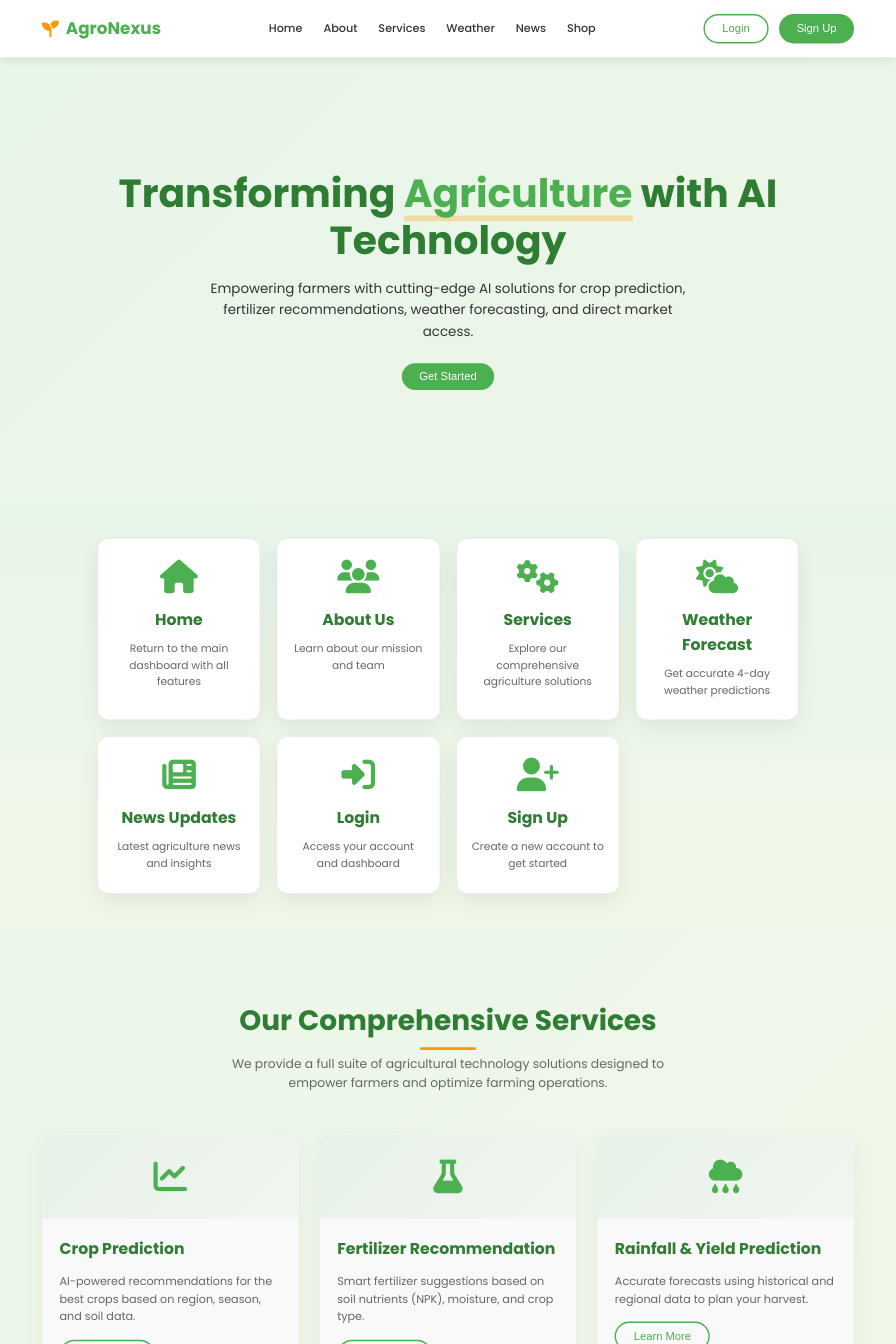
Repository: Sanika-ce/AgroNexus
Page: home.html
An editor plug-in stored every save of this project. The page is shown before and after the next save, followed by the edit.
The browser window is 1280 px wide. The pictures show the part of the page from y = 0 to 1920 px (the page is 2516 px tall before and 3024 px after), at 70% of full size.

Above is the page before, as saved 2025-08-02 14:14:14.

### home.html
<!DOCTYPE html>
<html lang="en">
<head>
    <meta charset="UTF-8">
    <meta name="viewport" content="width=device-width, initial-scale=1.0">
    <title>AgroTech - Modern Agriculture Solutions</title>
    <link rel="stylesheet" href="https://cdnjs.cloudflare.com/ajax/libs/font-awesome/6.4.0/css/all.min.css">
    <link href="https://fonts.googleapis.com/css2?family=Poppins:wght@300;400;500;600;700&family=Roboto+Slab:wght@400;600&display=swap" rel="stylesheet">
    <link rel="stylesheet" href="home.css">
</head>
<body>

    <!-- Header & Navigation -->
    <header>
        <div class="container">

            <nav>
                <div class="logo">

                    <i class="fas fa-seedling"></i>
                    <span>AgroNexus</span>
                </div>
                <ul class="nav-links">
                    <li><a href="#">Home</a></li>
                    <li><a href="#">About</a></li>
                    <li><a href="#">Services</a></li>
                    <li><a href="#">Weather</a></li>
                    <li><a href="#">News</a></li>
                    <li><a href="#">Shop</a></li>
                </ul>
                <div class="auth-buttons">
                    <button class="btn btn-outline" onclick="openLogin()">Login</button>
                    <button class="btn btn-primary" onclick="openSignup()">Sign Up</button>
                </div>
                <div class="mobile-toggle">
                    <i class="fas fa-bars"></i>
                </div>
            </nav>
        </div>
    </header>

    <!-- Hero Section -->
    <section class="hero">
        <div class="container">
            <div class="hero-content">
                <h1>Transforming <span>Agriculture</span> with AI Technology</h1>
                <p>Empowering farmers with cutting-edge AI solutions for crop prediction, fertilizer recommendations, weather forecasting, and direct market access.</p>
                <button class="btn btn-primary">Get Started</button>
            </div>
        </div>
    </section>

    <!-- Quick Links Section -->
    <section class="quick-links">
        <div class="container">
            <div class="links-grid">
                <!-- Home -->
                <div class="link-block">
                    <i class="fas fa-home"></i>
                    <h3>Home</h3>
                    <p>Return to the main dashboard with all features</p>
                </div>

                <!-- About Us -->
                <div class="link-block">
                    <i class="fas fa-users"></i>
                    <h3>About Us</h3>
                    <p>Learn about our mission and team</p>
                </div>

                <!-- Services -->
                <div class="link-block">
                    <i class="fas fa-cogs"></i>
                    <h3>Services</h3>
                    <p>Explore our comprehensive agriculture solutions</p>
                </div>

                <!-- Weather Forecast -->
                <div class="link-block">
                    <i class="fas fa-cloud-sun"></i>
                    <h3>Weather Forecast</h3>
                    <p>Get accurate 4-day weather predictions</p>
                </div>

                <!-- News Updates -->
                <div class="link-block">
                    <i class="fas fa-newspaper"></i>
                    <h3>News Updates</h3>
                    <p>Latest agriculture news and insights</p>
                </div>

                <!-- Login -->
                <div class="link-block" onclick="openLogin()">
                    <i class="fas fa-sign-in-alt"></i>
                    <h3>Login</h3>
                    <p>Access your account and dashboard</p>
                </div>

                <!-- Signup -->
                <div class="link-block" onclick="openSignup()">
                    <i class="fas fa-user-plus"></i>
                    <h3>Sign Up</h3>
                    <p>Create a new account to get started</p>
                </div>
            </div>
        </div>
    </section>

    <!-- Services Section -->
    <section class="section">
        <div class="container">
            <div class="section-title">
                <h2>Our Comprehensive Services</h2>
                <p>We provide a full suite of agricultural technology solutions designed to empower farmers and optimize farming operations.</p>
            </div>
            <div class="services-grid">
                <!-- Crop Prediction -->
                <div class="service-card">
                    <div class="service-icon">
                        <i class="fas fa-chart-line"></i>
                    </div>
                    <div class="service-content">
                        <h3>Crop Prediction</h3>
                        <p>AI-powered recommendations for the best crops based on region, season, and soil data.</p>
                        <button class="btn btn-outline">Learn More</button>
                    </div>
                </div>

                <!-- Fertilizer Recommendation -->
                <div class="service-card">
                    <div class="service-icon">
                        <i class="fas fa-flask"></i>
                    </div>
                    <div class="service-content">
                        <h3>Fertilizer Recommendation</h3>
                        <p>Smart fertilizer suggestions based on soil nutrients (NPK), moisture, and crop type.</p>
                        <button class="btn btn-outline">Learn More</button>
                    </div>
                </div>

                <!-- Rainfall & Yield Prediction -->
                <div class="service-card">
                    <div class="service-icon">
                        <i class="fas fa-cloud-rain"></i>
                    </div>
                    <div class="service-content">
                        <h3>Rainfall & Yield Prediction</h3>
                        <p>Accurate forecasts using historical and regional data to plan your harvest.</p>
                        <button class="btn btn-outline">Learn More</button>
                    </div>
                </div>
            </div>
        </div>
    </section>

    <!-- Footer -->
    <footer>
        <div class="container">
            <div class="footer-content">
                <div class="footer-column">
                    <div class="logo">
                        <i class="fas fa-seedling"></i>
                        <span>AgroNexus</span>
                    </div>
                    <p>Transforming agriculture through technology and innovation to empower farmers worldwide.</p>
                    <div class="social-icons">
                        <a href="#"><i class="fab fa-facebook-f"></i></a>
                        <a href="#"><i class="fab fa-twitter"></i></a>
                        <a href="#"><i class="fab fa-instagram"></i></a>
                        <a href="#"><i class="fab fa-linkedin-in"></i></a>
                    </div>
                </div>

                <div class="footer-column">
                    <h3>Quick Links</h3>
                    <ul class="footer-links">
                        <li><a href="#">Home</a></li>
                        <li><a href="#">About Us</a></li>
                        <li><a href="#">Services</a></li>
                        <li><a href="#">Weather Forecast</a></li>
                        <li><a href="#">News Updates</a></li>
                    </ul>
                </div>

                <div class="footer-column">
                    <h3>Our Services</h3>
                    <ul class="footer-links">
                        <li><a href="#">Crop Prediction</a></li>
                        <li><a href="#">Fertilizer Recommendation</a></li>
                        <li><a href="#">Rainfall & Yield Prediction</a></li>
                        <li><a href="#">AI Chatbot Support</a></li>
                        <li><a href="#">Direct Crop Selling</a></li>
                    </ul>
                </div>

                <div class="footer-column">
                    <h3>Contact Us</h3>
                    <p><i class="fas fa-map-marker-alt"></i> 123 Farm Avenue, Agriculture City</p>
                    <p><i class="fas fa-phone"></i> +1 (555) 123-4567</p>
                    <p><i class="fas fa-envelope"></i> info@agrotech.com</p>
                </div>
            </div>
            <div class="copyright">
                <p>&copy; 2023 AgroTech. All rights reserved.</p>
            </div>
        </div>
    </footer>

    <!-- Login Form -->
    <div class="auth-container" id="login-container">
        <div class="auth-form" id="login-form">
            <span class="close-btn" onclick="closeAuth()">&times;</span>
            <h2>Login to Your Account</h2>
            <div class="form-group">
                <label for="login-email">Email Address</label>
                <input type="email" id="login-email" placeholder="Enter your email">
            </div>
            <div class="form-group">
                <label for="login-password">Password</label>
                <input type="password" id="login-password" placeholder="Enter your password">
            </div>
            <button class="btn btn-primary" style="width: 100%;">Login</button>
            <div class="form-footer">
                <div class="form-switch">
                    Don't have an account? <a href="#" onclick="switchToSignup()">Sign Up</a>
                </div>
                <p><a href="#">Forgot your password?</a></p>
            </div>
        </div>
    </div>

    <!-- Signup Form -->
    <div class="auth-container" id="signup-container">
        <div class="auth-form" id="signup-form">
            <span class="close-btn" onclick="closeAuth()">&times;</span>
            <h2>Create New Account</h2>
            <div class="form-group">
                <label for="signup-name">Full Name</label>
                <input type="text" id="signup-name" placeholder="Enter your full name">
            </div>
            <div class="form-group">
                <label for="signup-email">Email Address</label>
                <input type="email" id="signup-email" placeholder="Enter your email">
            </div>
            <div class="form-group">
                <label for="signup-password">Password</label>
                <input type="password" id="signup-password" placeholder="Create a password">
            </div>
            <div class="form-group">
                <label for="signup-confirm">Confirm Password</label>
                <input type="password" id="signup-confirm" placeholder="Confirm your password">
            </div>
            <button class="btn btn-primary" style="width: 100%;">Create Account</button>
            <div class="form-footer">
                <div class="form-switch">
                    Already have an account? <a href="#" onclick="switchToLogin()">Login</a>
                </div>
                <p>By signing up, you agree to our <a href="#">Terms of Service</a></p>
            </div>
        </div>
    </div>

    <script src="home.js">

    </script>
</body>
</html>

Loaded but not shown: home.js (77 lines, source omitted); home.css (591 lines, source omitted)

After the next save:
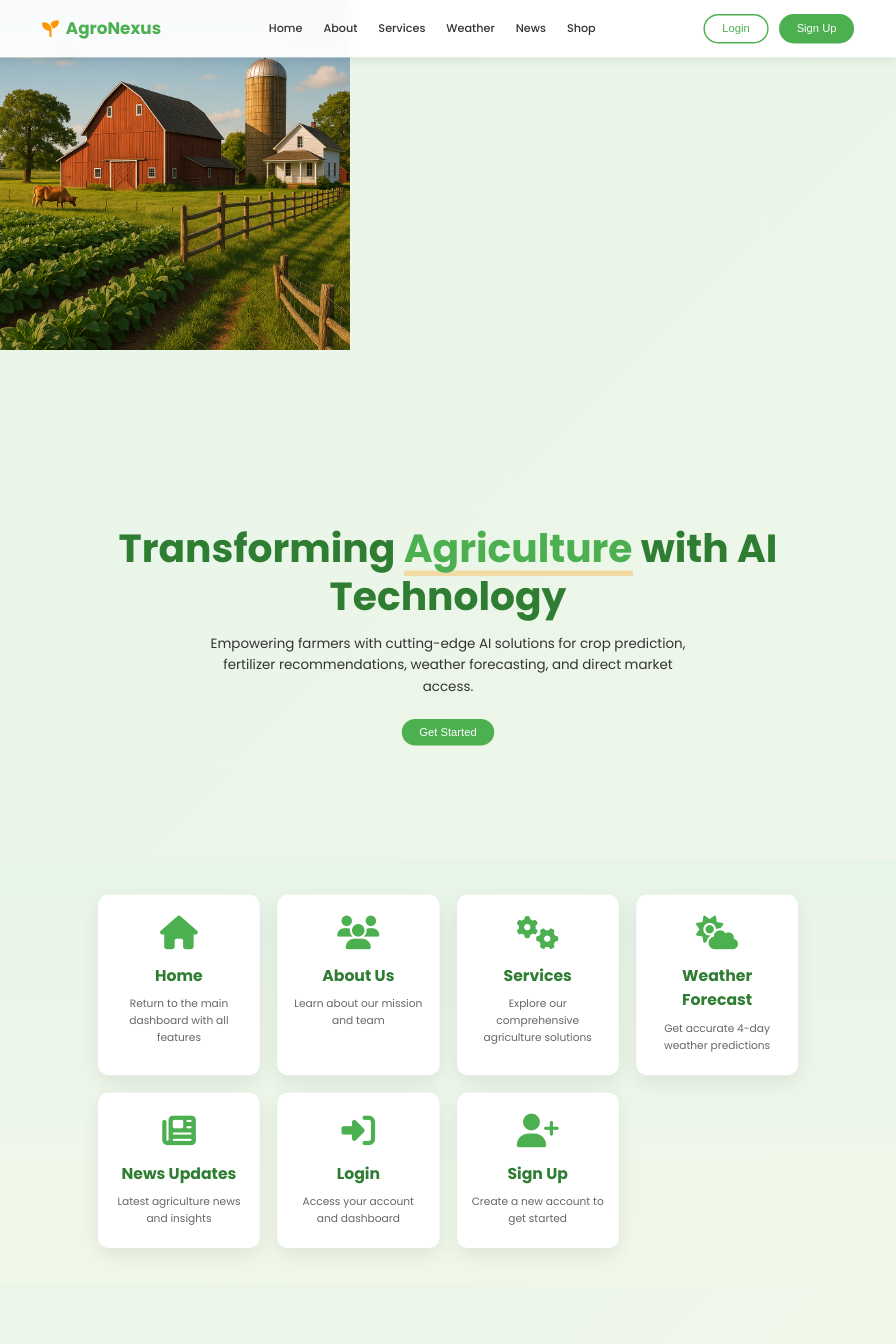
Saved 28 s later.
--- a/home.html
+++ b/home.html
@@ -9,6 +9,7 @@
     <link rel="stylesheet" href="home.css">
 </head>
 <body>
+    <img src="agro.png" alt="Agro Image" width="500">
 
     <!-- Header & Navigation -->
     <header>
